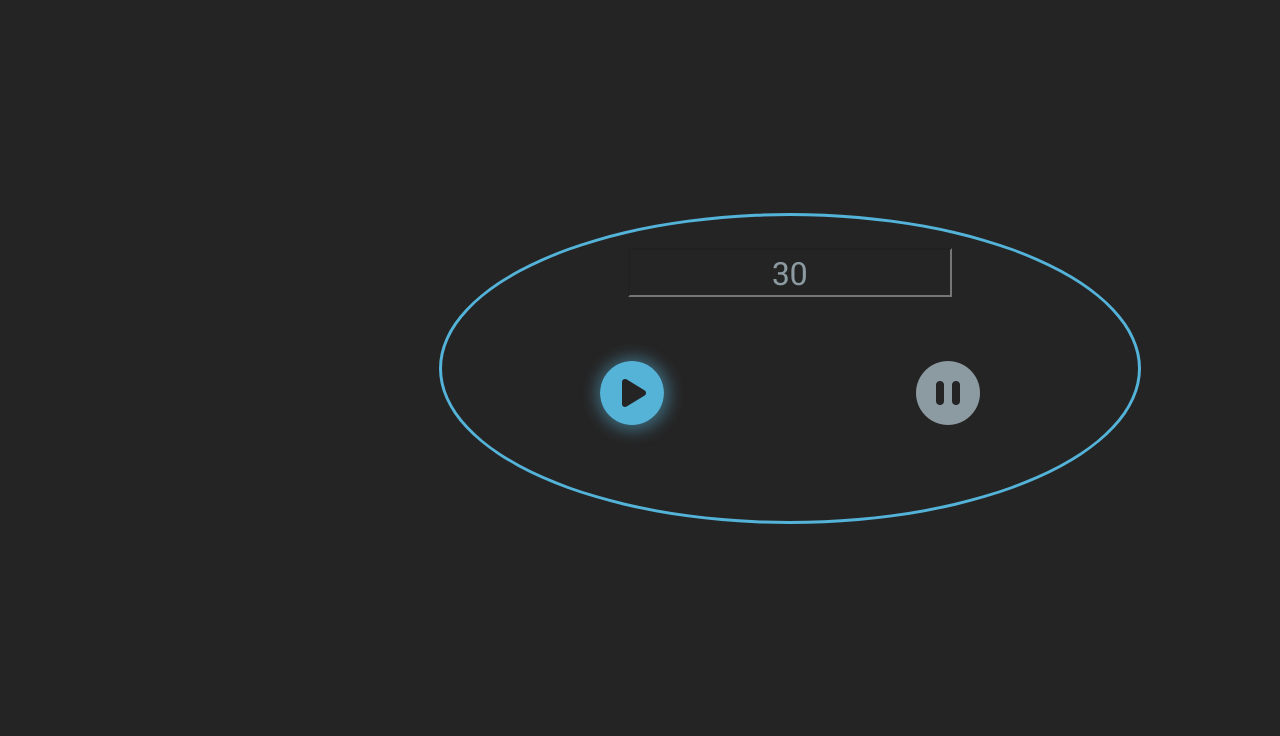
Repository: Sbethm/javascript-challenges
Page: index.html
An editor plug-in stored every save of this project. The page is shown before and after the next save, followed by the edit.
The browser window is 1280 px wide. The pictures show the whole page.
Some web libraries are served in a nearby version. The style sheet was rebuilt from its Sass, Less or Tailwind sources for each picture, by a compiler version that may differ from the author's.

Above is the page before, as saved 2021-09-17 15:03:13.

After the next save:
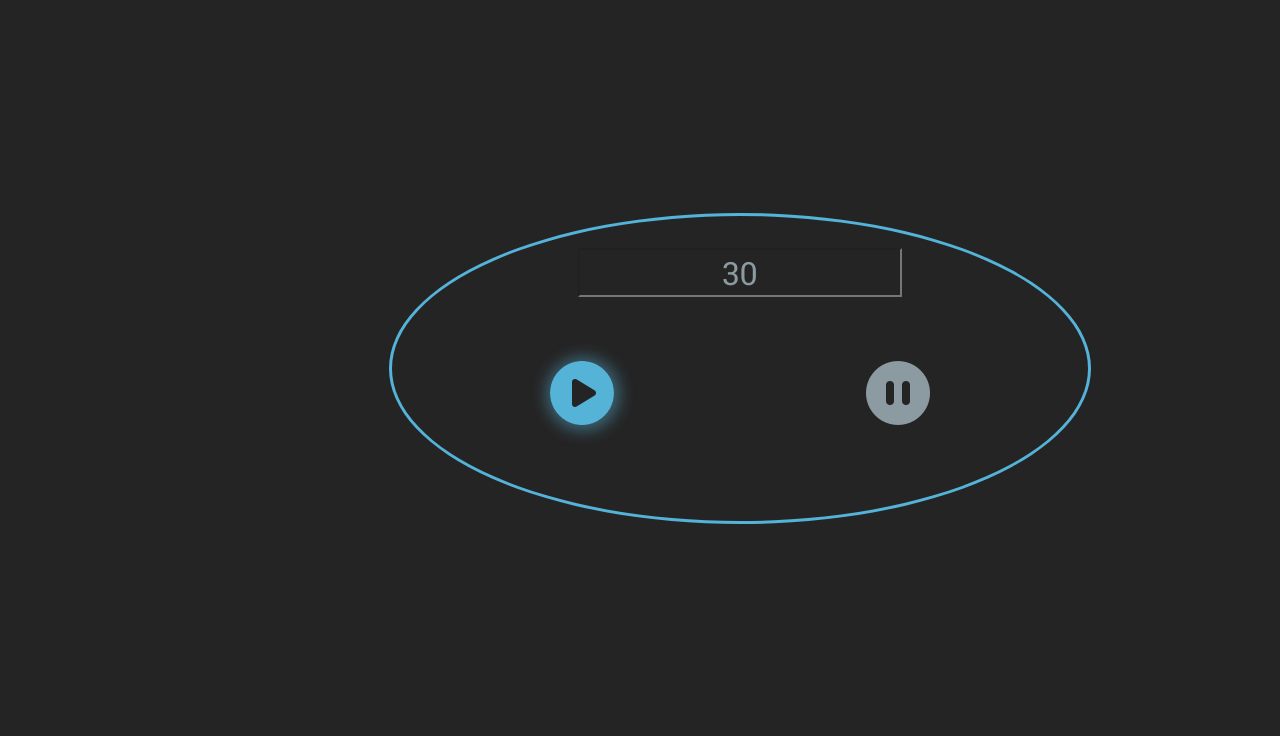
Saved 7 s later.
--- a/index.html
+++ b/index.html
@@ -14,7 +14,7 @@
 <body>
     <header></header>
     <main>
-        <svg height="">
+        <svg height="200" width="200">
             <circle></circle>
         </svg>
         <div class="container">
